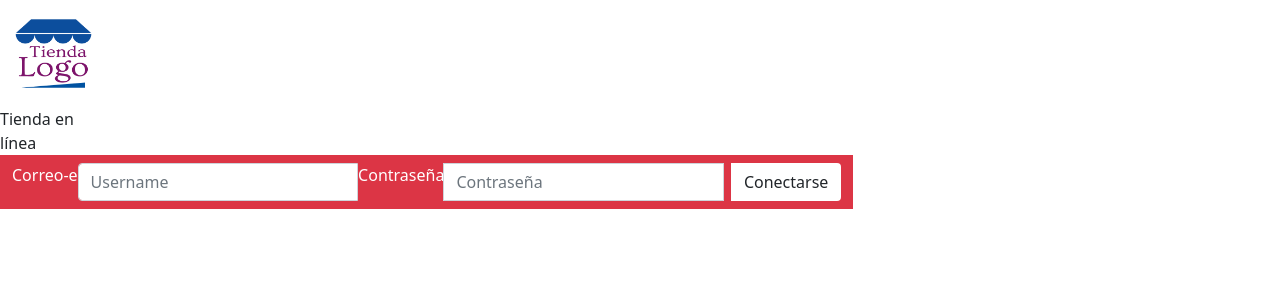
Repository: nicorp00/bootstrapSass
Page: Main/index.html
These files come from the project's save history. The page is drawn as it stood at one moment and after the next save; the edit follows.
The browser window is 1280 px wide. The pictures show the whole page.
The style sheet was rebuilt from its Sass, Less or Tailwind sources for each picture, by a compiler version that may differ from the author's.

Above is the page before, as saved 2022-03-25 11:03:53.

### Main/index.html
<!DOCTYPE html>
<html lang="en">
<head>
    <meta charset="UTF-8">
    <meta http-equiv="X-UA-Compatible" content="IE=edge">
    <meta name="viewport" content="width=device-width, initial-scale=1.0">
    <title>Document</title>
    <link rel="stylesheet" href="css/style.css">
    <link rel="stylesheet" href="css/bootstrap.min.css">
</head>
<body>
    <section class="section__top col-12">
        <div class="col-1">
            <img src="img/logo.png" class="img-fluid" alt="...">
            <span>Tienda en línea</span>
        </div>
        <div class="top-nav">
            <nav class="navbar navbar-danger bg-danger col-8">
                <form class="container-fluid">
                  <div class="input-group">
                    <!--<span class="input-group-text" id="basic-addon1">@</span>-->
                    Correo-e<input type="text" class="form-control" placeholder="Username" aria-label="Correo@" aria-describedby="basic-addon1">
                    Contraseña<input class="form-control me-2" type="search" placeholder="Contraseña" aria-label="Search">
                    <button class="btn btn-outline" type="submit">Conectarse</button>
                  </div>
                </form>
              </nav>
        </div>
    </section>
    <script src="js/bootstrap.min.js"></script>
</body>
</html>

### Main/scss/style.scss
@use 'section__top';

### Main/scss/_section__top.scss
.section__top{
    form{
        color: white;
    }
    button{
        background-color: white;
    }
}

Loaded but not shown: Main/css/bootstrap.min.css (library); Main/js/bootstrap.min.js (library)

After the next save:
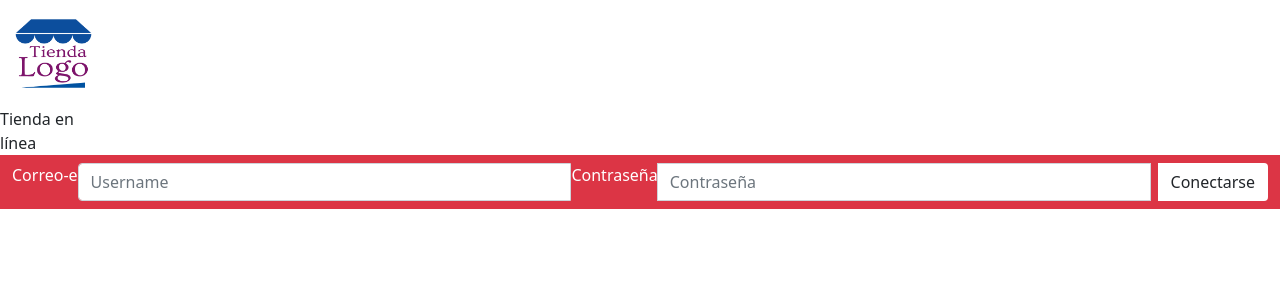
Saved 6 s later.
--- a/Main/index.html
+++ b/Main/index.html
@@ -15,7 +15,7 @@
             <span>Tienda en línea</span>
         </div>
         <div class="top-nav">
-            <nav class="navbar navbar-danger bg-danger col-8">
+            <nav class="navbar navbar-danger bg-danger">
                 <form class="container-fluid">
                   <div class="input-group">
                     <!--<span class="input-group-text" id="basic-addon1">@</span>-->

After the 2 saves that followed:
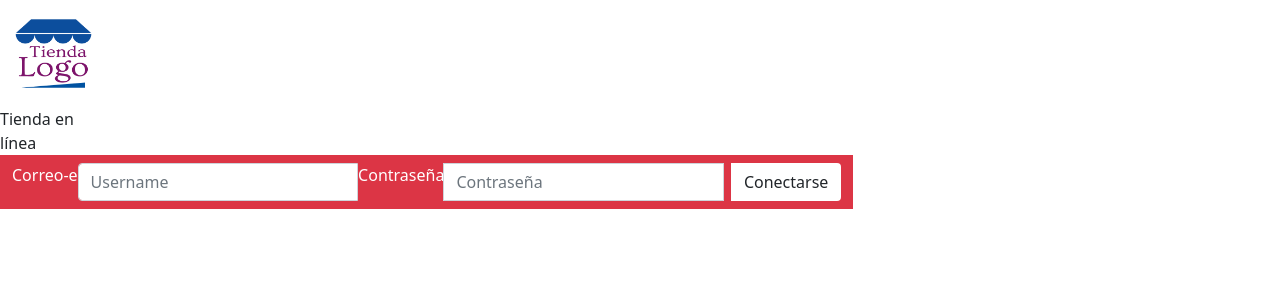
The 2 saves are shown as one change because they came seconds apart.
The last was saved 9 s later.
--- a/Main/index.html
+++ b/Main/index.html
@@ -14,7 +14,7 @@
             <img src="img/logo.png" class="img-fluid" alt="...">
             <span>Tienda en línea</span>
         </div>
-        <div class="top-nav">
+        <div class="top-nav col-8">
             <nav class="navbar navbar-danger bg-danger">
                 <form class="container-fluid">
                   <div class="input-group">
